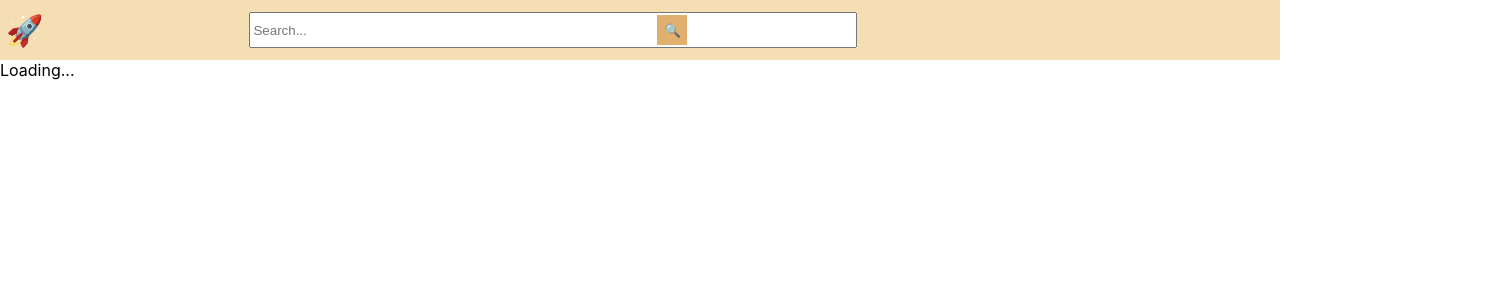
Repository: YEOMJINSEOP/React
Page: / (app in reactube/)
These files come from the project's save history. The page is drawn as it stood at one moment and after the next save; the edit follows.
The browser window is 1280 px wide. The page is 1280 px wide, then 1487 px, so the pictures cover 1487 px, including what lies to the right of the window. The pictures show the whole page.
The page's requests for data from a server got no answer. The project was rebuilt for these pictures with package versions that can differ from the ones it lists, and the page was loaded fresh each time. No one was signed in, and anything a server would have sent is missing. Also part of the build but not shown: reactube/src/app.css, reactube/src/components/videoList/VideoList.module.css, reactube/src/components/videoList/VideoList.jsx.

Above is the page before, as saved 2023-01-17 11:35:06.

After the next save:
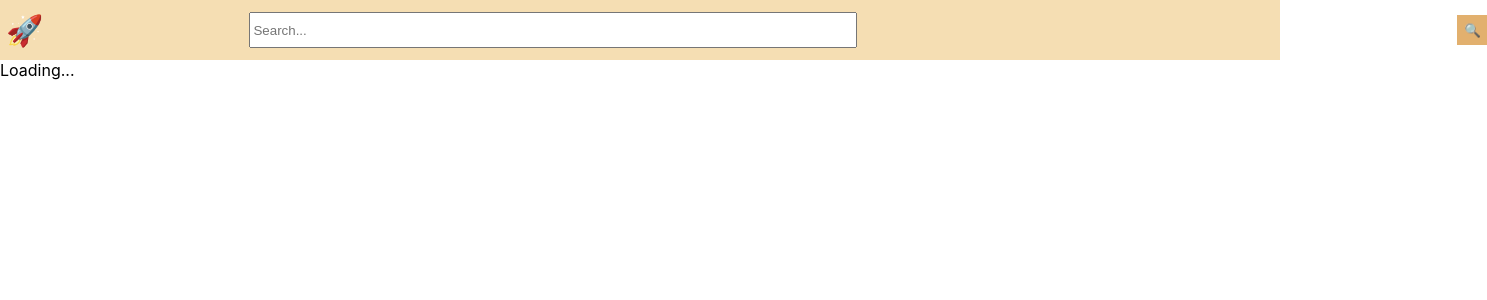
Saved 19 s later.
--- a/reactube/src/components/header/Header.module.css
+++ b/reactube/src/components/header/Header.module.css
@@ -23,6 +23,7 @@ button {
 
 .searchBtn{
   position: relative;
+  left: 800px;
   width: 30px;
   height: 30px;
   background-color: rgba(211, 133, 31, 0.647);
